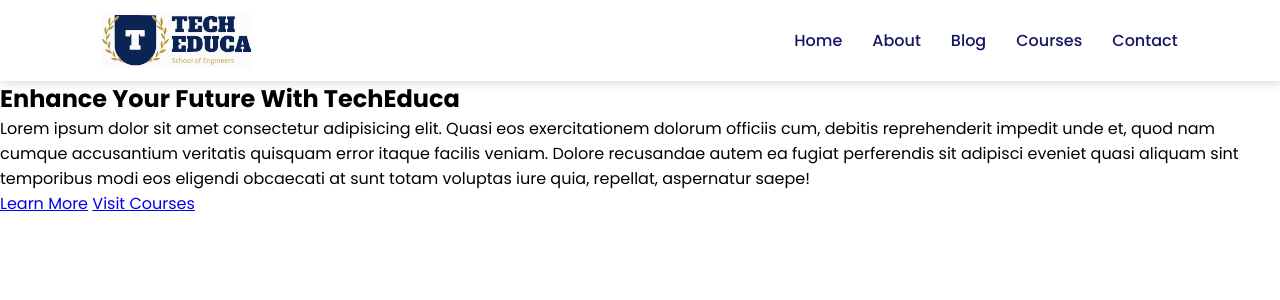
Repository: douglasabnovato/newtech
Page: index.html
These files come from the project's save history. The page is drawn as it stood at one moment and after the next save; the edit follows.
The browser window is 1280 px wide. The pictures show the whole page.
Some web libraries are served in a nearby version.

Above is the page before, as saved 2025-06-19 22:56:11.

### index.html
<!DOCTYPE html>
<html lang="en">
  <head>
    <meta charset="UTF-8" />
    <meta http-equiv="X-UA-Compatible" content="IE=edge" />
    <meta name="viewport" content="width=device-width, initial-scale=1.0" />
    <title>new TECH</title>

    <link
      rel="stylesheet"
      href="https://pro.fontawesome.com/releases/v5.10.0/css/all.css"
    />

    <link rel="stylesheet" href="style.css" />

    <script
      src="https://code.jquery.com/jquery-3.6.0.min.js"
      integrity="sha256-/xUj+3OJU5yExlq6GSYGSHk7tPXikynS7ogEvDej/m4="
      crossorigin="anonymous"
    ></script>
  </head>

  <body>
    <!-- Navigation -->
    <nav>
      <img src="./images/logo.svg" alt="logo o treinamento" srcset="" />
      <div class="navigation">
        <ul>
          <li><a href="#">Home</a></li>
          <li><a href="#">About</a></li>
          <li><a href="#">Blog</a></li>
          <li><a href="#">Courses</a></li>
          <li><a href="#">Contact</a></li>
        </ul>
      </div>
    </nav>

    <!-- Home -->
    <section id="home">
      <h2>Enhance Your Future With TechEduca</h2>
      <p>
        Lorem ipsum dolor sit amet consectetur adipisicing elit. Quasi eos
        exercitationem dolorum officiis cum, debitis reprehenderit impedit unde
        et, quod nam cumque accusantium veritatis quisquam error itaque facilis
        veniam. Dolore recusandae autem ea fugiat perferendis sit adipisci
        eveniet quasi aliquam sint temporibus modi eos eligendi obcaecati at
        sunt totam voluptas iure quia, repellat, aspernatur saepe!
      </p>
      <div class="btn">
        <a href="#" class="blue">Learn More</a>
        <a href="#" class="yellow">Visit Courses</a>
      </div>
    </section>

    <!-- features -->

    <!-- Courses -->

    <!-- Registration -->

    <!-- Profiles -->

    <!-- Footer -->

    <script>
      // Navaigation Bar
    </script>
  </body>
</html>

### style.css
@import url("https://fonts.googleapis.com/css2?family=Poppins:wght@100;200;300;400;500;600;700;800;900&display=swap");
* {
  margin: 0;
  padding: 0;
  box-sizing: border-box;
  font-family: "Poppins", sans-serif;
}

body {
  font-family: "Poppins", sans-serif;
}

/* Global Tags */

h1 {
  font-size: 2.5rem;
  font-weight: 700;
  color: rgb(35, 35, 85);
}

span {
  font-size: 0.9rem;
  color: #757373;
}

h6 {
  font-size: 1.1rem;
  color: rgb(24, 24, 49);
}

/* Navigation */
nav {
  display: flex;
  flex-direction: row;
  justify-content: space-between;
  align-items: center;
  padding: 1vw 8vw;
  box-shadow: 2px 2px 10px rgba(0, 0, 0, 0.15);
}

nav img {
  width: 150px;
  cursor: pointer;
}

nav .navigation ul {
  display: flex;
  justify-content: flex-end;
  align-items: center;
}

nav .navigation ul li {
  list-style: none;
  margin-left: 30px;
}

nav .navigation ul li a {
  text-decoration: none;
  color: rgb(21, 21, 100);
  font-size: 16px;
  font-weight: 500;
  transition: 0.3s ease;
}

nav .navigation ul li a:hover {
  color: #fdc938;
}

/* Home */

/* features */

/* course */

/* registration */

/* experts */

/* footer */

/* About */

/* Blog */

/* Course_inner */

/* contact */

/* responsive */

@media (max-width: 769px) {
}

@media (max-width: 475px) {
}

After the next save:
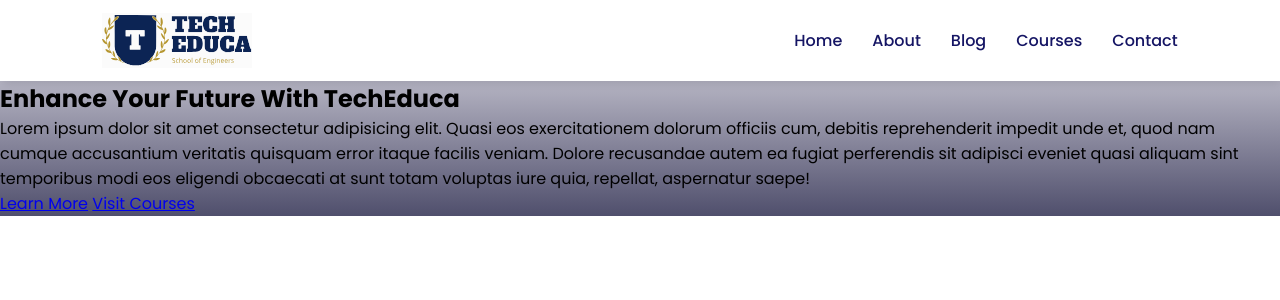
Saved 99 s later.
--- a/style.css
+++ b/style.css
@@ -68,6 +68,10 @@
 
 /* Home */
 
+#home {
+  background-image: linear-gradient(rgba(9,5,54,0.3), rgba(5,4,46,0.7));
+}
+
 /* features */
 
 /* course */
